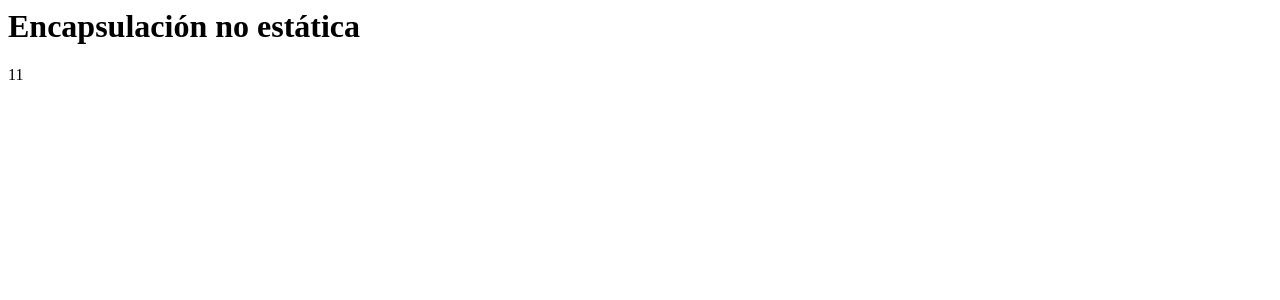
Repository: daniunizar/TrasteoBBDDJson
Page: http://localhost/jsp01/05encapsulacionNoEstatica.jsp
The author's editor kept a copy of each file at every save. The page is drawn from the files as they stood at one save, then again after the next save.
The browser window is 1280 px wide. The pictures show the whole page.
The page is served by Tomcat 9. Other server files are loaded and not shown.

Above is the page before, as saved 2021-09-01 15:32:07.

### jsp01/src/main/webapp/05encapsulacionNoEstatica.jsp
<%@ page import="jsp02.*" %>
<html>
<body>
<h1>Encapsulación no estática</h1>
<%! Calculadora calc = new Calculadora(); %>
<%= calc.metodoSuma(5, 6) %>

<%
Calculadora calc2 = new Calculadora();
calc2.metodoSuma(7,3);
%>
</body>
</html>

### jsp01/src/main/java/jsp02/Calculadora.java
package jsp02;

public class Calculadora {
	private int resultado;
	public int metodoSuma(int num1, int num2){
		resultado = num1 + num2;
		return resultado;
	}

	public int metodoResta(int num1, int num2){
		resultado = num1 - num2;
		return resultado;
	}

	public int metodoMultiplica(int num1, int num2){
		resultado = num1 * num2;
		return resultado;
	}
}

After the next save:
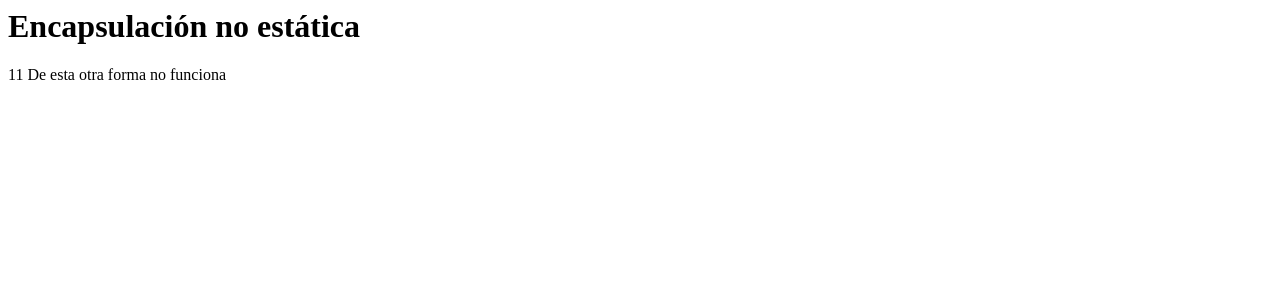
Saved 35 s later.
--- a/jsp01/src/main/webapp/05encapsulacionNoEstatica.jsp
+++ b/jsp01/src/main/webapp/05encapsulacionNoEstatica.jsp
@@ -5,6 +5,7 @@
 <%! Calculadora calc = new Calculadora(); %>
 <%= calc.metodoSuma(5, 6) %>
 
+De esta otra forma no funciona
 <%
 Calculadora calc2 = new Calculadora();
 calc2.metodoSuma(7,3);
